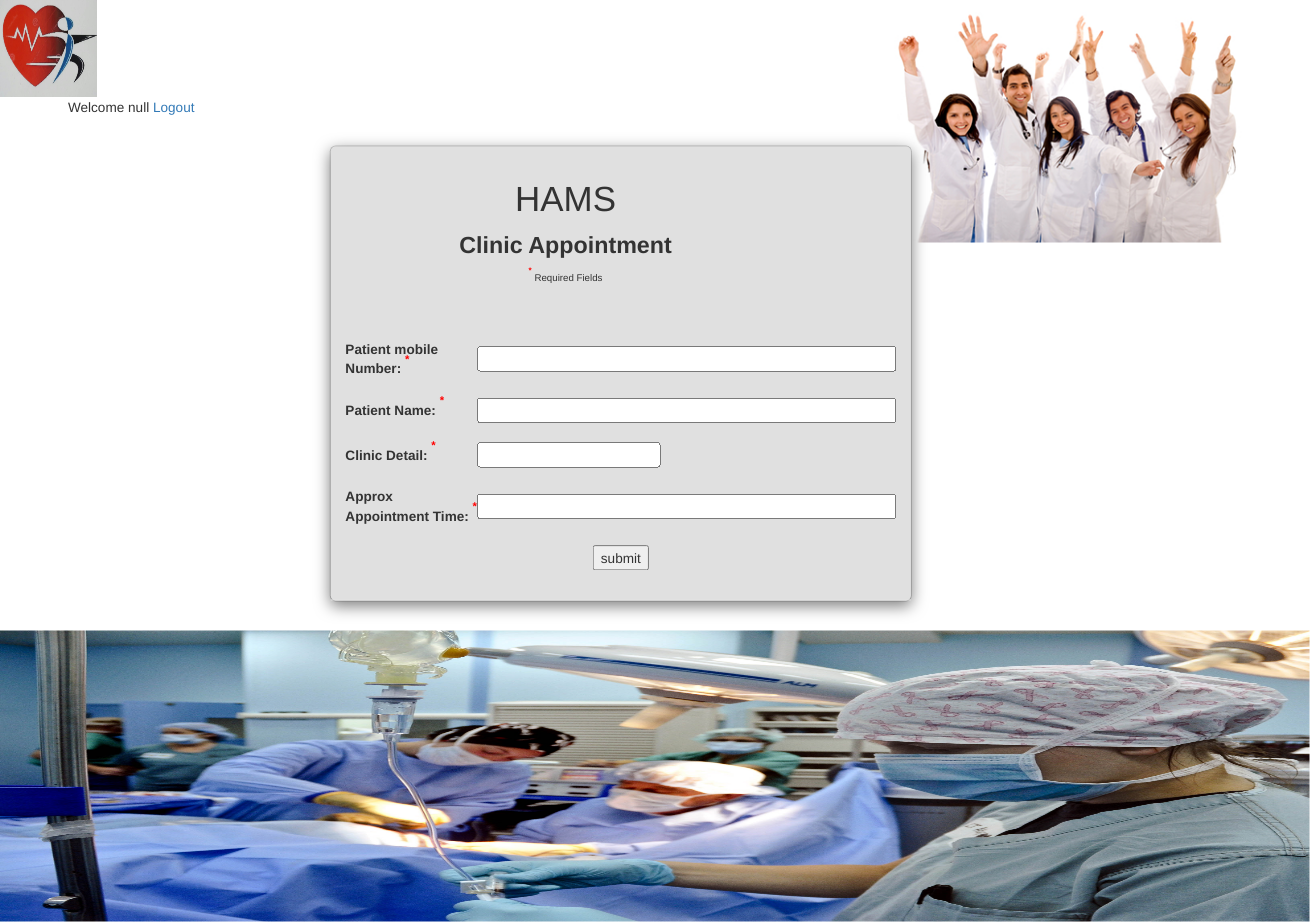
Repository: shiveshk/PullData
Page: http://localhost/Hams/appointment.jsp
An editor plug-in stored every save of this project. The page is shown before and after the next save, followed by the edit.
The browser window is 1280 px wide. The page is 1350 px wide, so the pictures cover 1350 px, including what lies to the right of the window. The pictures show the whole page, at 97% of full size.
The page is served by Tomcat 9. Nobody is signed in. The application's start-up code is not run.

Above is the page before, as saved 2015-11-09 06:07:42.
Console error (its wording comes from the project's code and is left out).

After the next save:
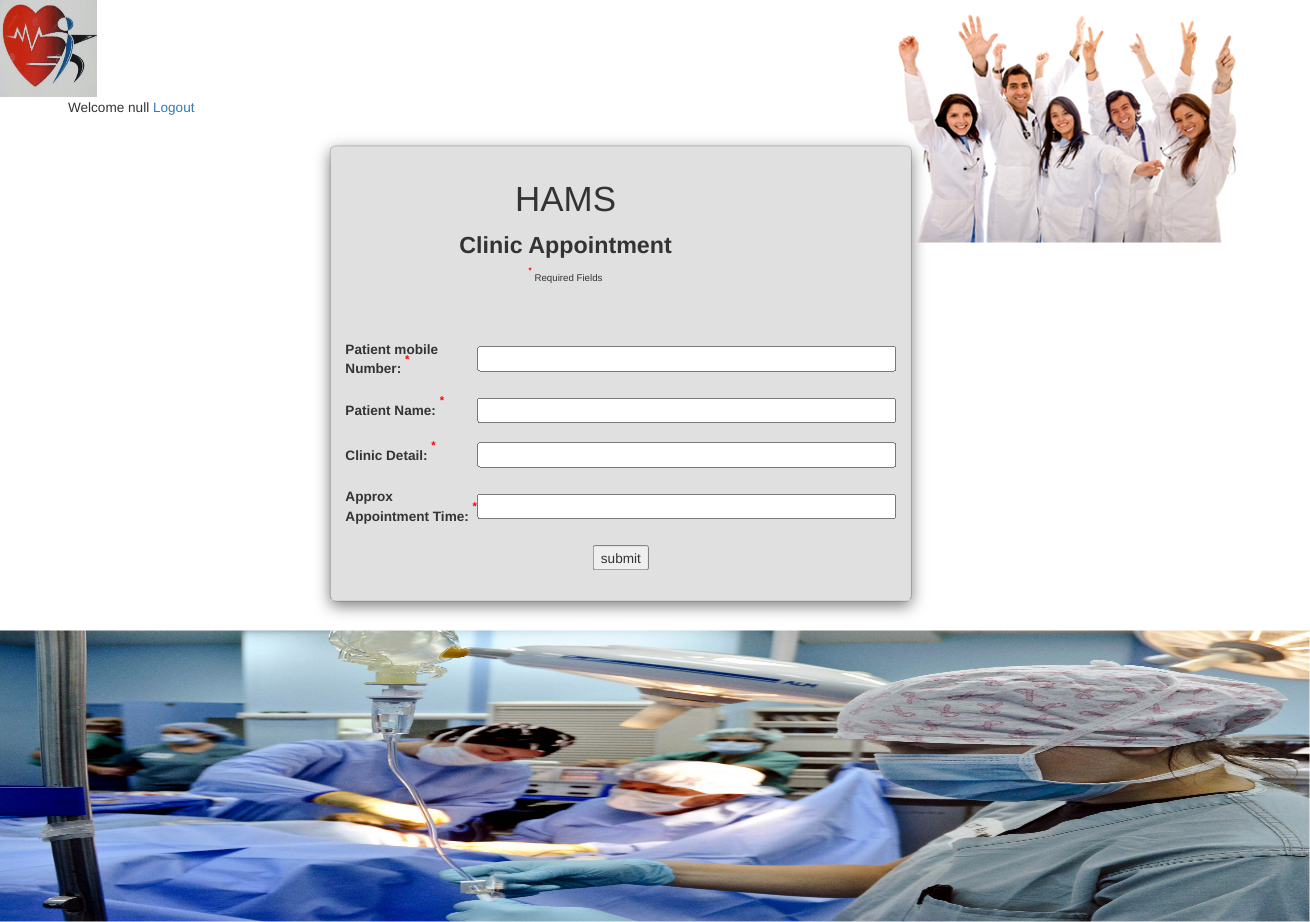
Saved 20 min 1 s later.
--- a/Hams/WebContent/appointment.jsp
+++ b/Hams/WebContent/appointment.jsp
@@ -61,7 +61,7 @@ out.println("Welcome "+username);
 
 	 <tr class="row3">
 	 	<td><b>Clinic Detail: <sup>*</sup></b> </td>
-	 	<td><input type="text" id="clinic_detail" name="clinic_detail"   maxlength=5000  /></td>
+	 	<td><input type="text" id="clinic_detail" name="clinic_detail"  size=50 maxlength=5000  /></td>
 	 </tr>
 
 
